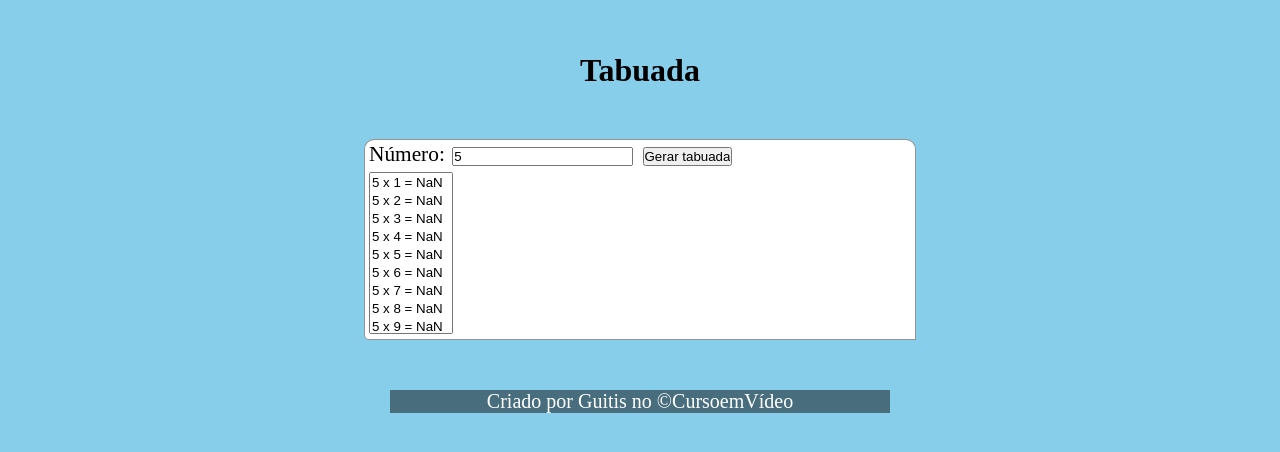
Repository: Guitis/Java-Script
Page: modelos/modelo003/index.html
These files come from the project's save history. The page is drawn as it stood at one moment and after the next save; the edit follows.
The browser window is 1280 px wide. The pictures show the whole page.
Empty fields were first filled with sample values (such as "Sample", 5 or name@example.com).
After loading, the first visible `input[onclick="tabuada()"]` was clicked once.

Above is the page before, as saved 2023-02-25 20:19:53.

### modelos/modelo003/index.html
<!DOCTYPE html>
<html lang="pt-br">
<head>
    <meta charset="UTF-8">
    <meta http-equiv="X-UA-Compatible" content="IE=edge">
    <meta name="viewport" content="width=device-width, initial-scale=1.0">
    <title>Tabuada</title>
    <link rel="stylesheet" href="style.css">
</head>
<body>
    <header>
        <h1>Tabuada</h1>
    </header>
    <section>
        <div>
            <p>Número: <input type="number" name="num" id="txtn"> <input type="button" value="Gerar tabuada" onclick="tabuada()"></p>
        </div>
        <div>
            <select name="tabuada" id="seltab" size="10"></select>
        </div>
    </section>
    <footer>
        Criado por Guitis no &copy;CursoemVídeo
    </footer>

    <script src="script.js"></script>

</body>
</html>

### modelos/modelo003/style.css
@charset "UTF-8";

* {
    margin: 2px;
    padding: 0px;
}

body {
    background-color: skyblue;
}

header > h1 {
    margin: auto;
    margin-top: 50px;
    width: 500px;
    text-align: center;
}

section {
    margin: auto;
    margin-top: 50px;
    width: 550px;
    background-color: white;
    border: 1px solid rgba(0, 0, 0, 0.418);
    border-radius: 10px 10px 0px 5px;
    font: 16pt normal Arial;
}

footer {
    margin: auto;
    margin-top: 50px;
    width: 500px;
    text-align: center;
    background-color: rgba(0, 0, 0, 0.466);
    color: white;
    font: 15pt normal Arial;
}

### modelos/modelo003/script.js
function tabuada() {
    let num = document.getElementById('txtn')
    let tab = document.getElementById('seltab')
        if (num.value.length == 0) {
            window.alert('Por favor, digite um número!')
        } else {
            let n = Number(num.value)
            let c = 1
            while (c<=10) {
                let item = document.createElement('option')
                item.text = `${n} x ${c} = ${num*c}`
                tab.appendChild(item)
                c++
            }
        }

}

After the next save:
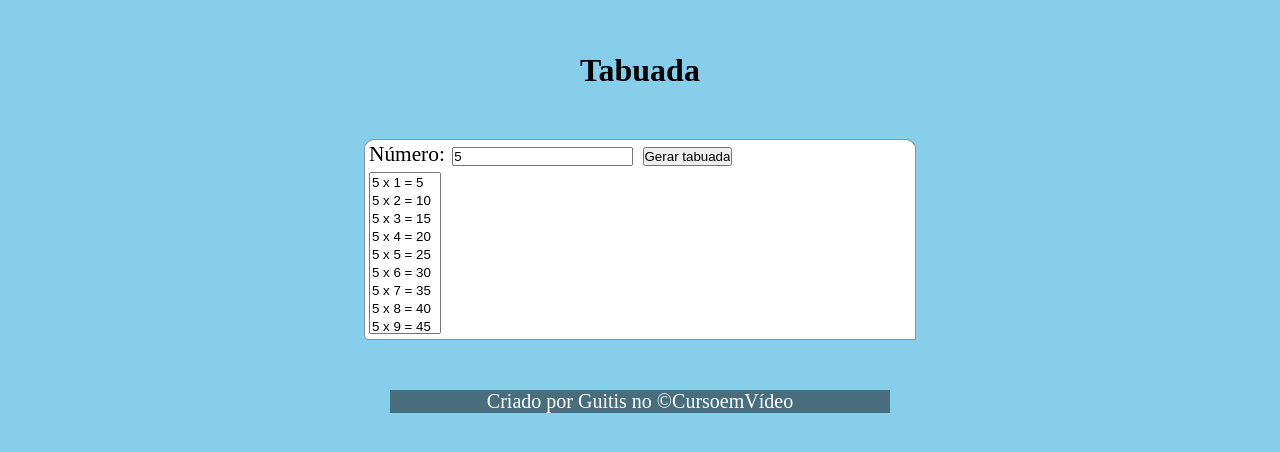
Saved 18 s later.
--- a/modelos/modelo003/script.js
+++ b/modelos/modelo003/script.js
@@ -8,7 +8,7 @@ function tabuada() {
             let c = 1
             while (c<=10) {
                 let item = document.createElement('option')
-                item.text = `${n} x ${c} = ${num*c}`
+                item.text = `${n} x ${c} = ${n*c}`
                 tab.appendChild(item)
                 c++
             }
